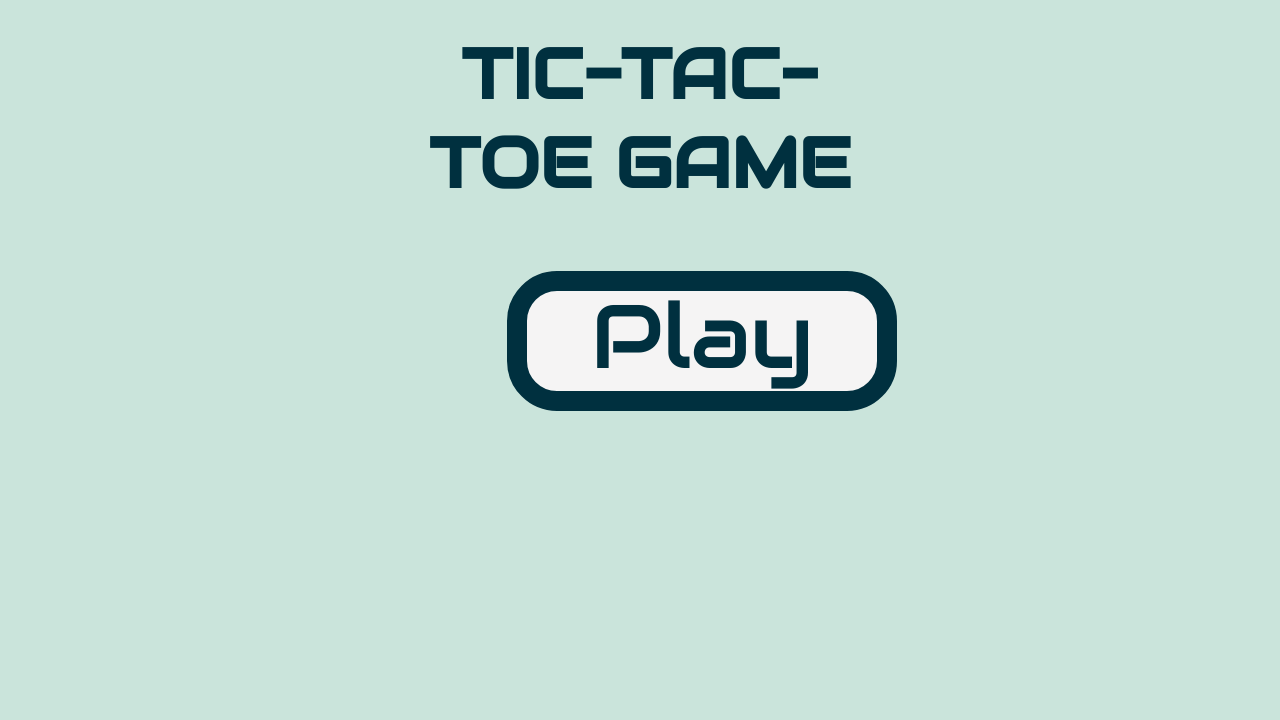
Repository: blackSky1213/tic-tac-toe
Page: index.html
An editor plug-in stored every save of this project. The page is shown before and after the next save, followed by the edit.
The browser window is 1280 px wide. The pictures show the whole page.

Above is the page before, as saved 2020-12-28 20:53:49.

After the next save:
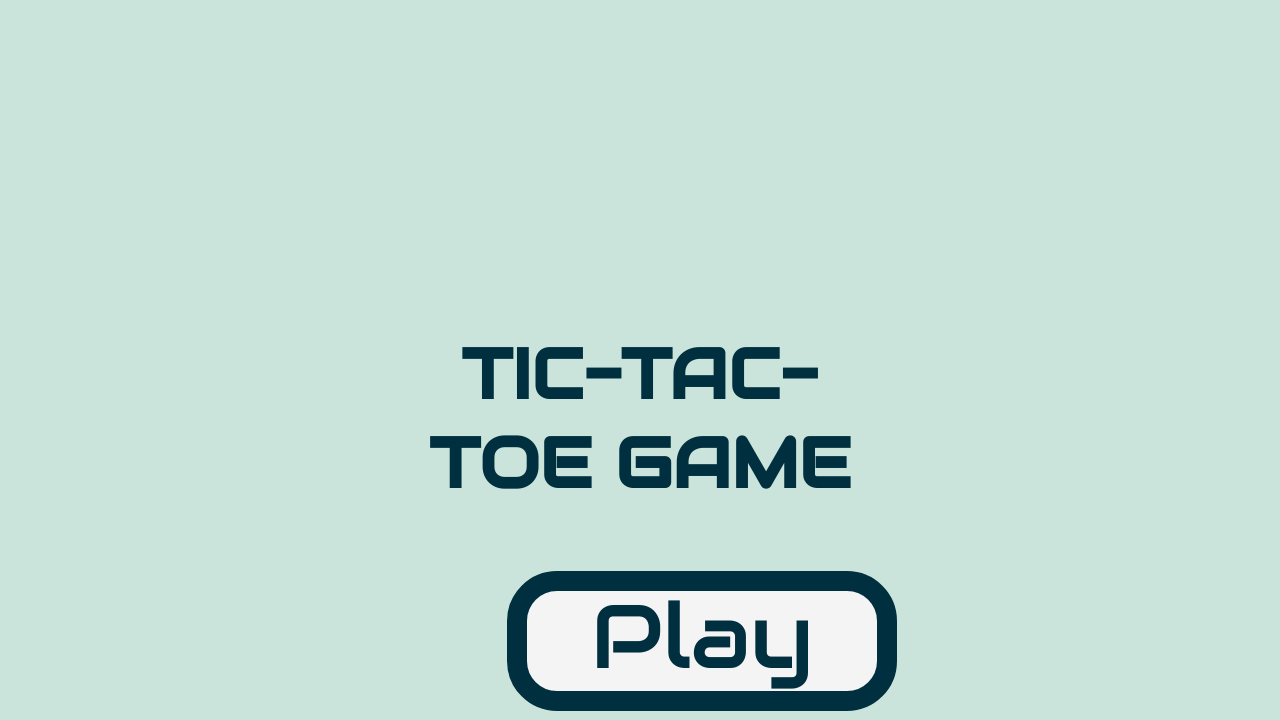
Saved 11 s later.
--- a/styles/index.css
+++ b/styles/index.css
@@ -4,7 +4,7 @@ body{
 .title{
     text-align:center;
     font-size:70px;
-    margin:30px 30% auto 30%;
+    margin:330px 30% auto 30%;
     font-family:'Audiowide', cursive;
     color:#00303f;
 }
